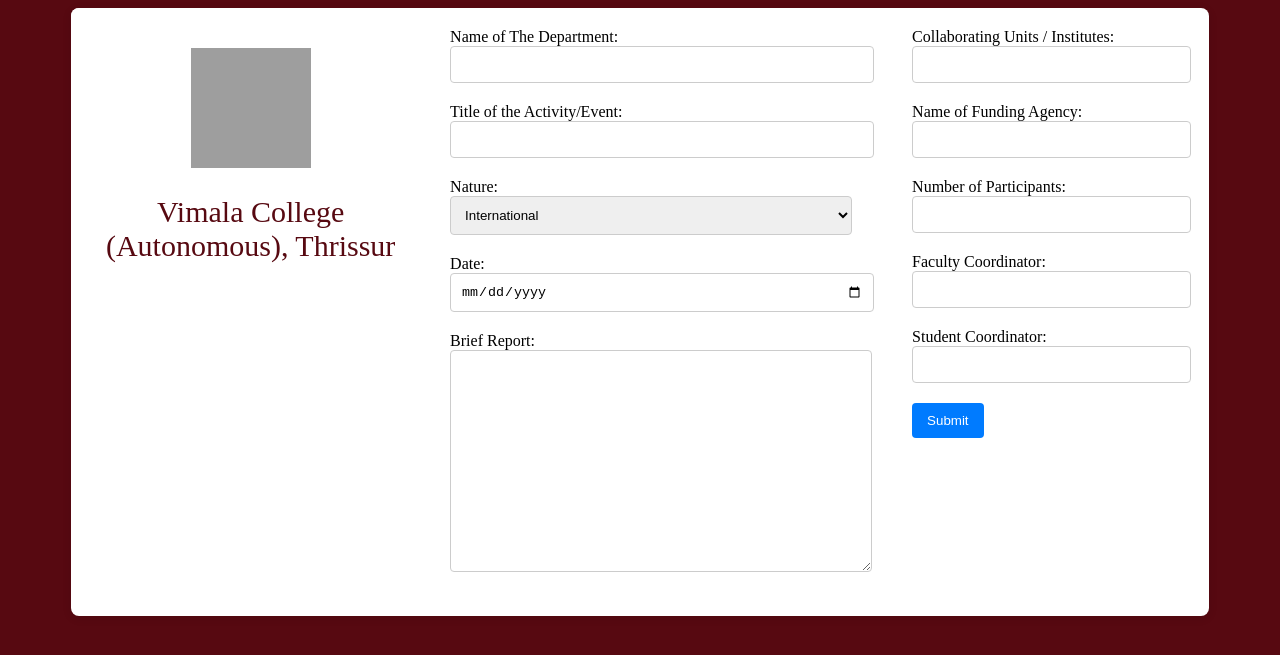
Repository: Rammjay/vimala-activity-report
Page: http://localhost/
The author's editor kept a copy of each file at every save. The page is drawn from the files as they stood at one save, then again after the next save.
The browser window is 1280 px wide. The pictures show the whole page.
Pictures or frames that could not be fetched are drawn as grey boxes. The page is served by the project's application, run on Django 5.2 (report/manage.py). Other server files are loaded and not shown.

Above is the page before, as saved 2024-09-22 15:18:19.

### vim/report/reports/templates/1.html
<!DOCTYPE html>
<html lang="en">
<head>
    <meta charset="UTF-8">
    <meta name="viewport" content="width=device-width, initial-scale=1.0">
    <title>Activity Report | Vimala College (Autonomous), Thrissur</title>
    <style>
        html {
            background-color: #570911;
        }
        h4 {
            text-align: left;
        }
        .container {
            max-width: 90%;
            background-color: rgb(255, 255, 255);
            display: flex;
            justify-content: center;
            margin: auto;
            border-radius: 8px;
            overflow: hidden;
            box-shadow: 0 2px 10px rgba(0, 0, 0, 0.1);
        }
        .forms {
            display: flex;
            width: 100%;
        }
        .side {
            flex: 1;
            padding: 20px;
            box-sizing: border-box;
        }
        .navbar ul {
            display: flex;
            list-style-type: none;
            background-color: rgb(255, 255, 255);
            padding: 0;
            margin: 0;
            width: 100%;
        }
        .logo {
            height: 120px;
            width: 120px;
            padding: 10px;
        }
        .navbar a {
            color: rgb(0, 0, 0);
            text-decoration: none;
            padding: 10px;
            display: block;
            text-align: center;
        }
        .navbar li {
            flex-grow: 1;
        }
        .head {
            font-size: 30px;
            color: #570911;
            text-align: center;
            padding: 20px;
        }
        input, select, textarea {
            width: calc(100% - 20px);
            margin-bottom: 20px;
            padding: 10px;
            border: 1px solid #ccc;
            border-radius: 4px;
        }
        button {
            padding: 10px 15px;
            background-color: #007bff;
            color: white;
            border: none;
            border-radius: 4px;
            cursor: pointer;
        }
        button:hover {
            background-color: #0056b3;
        }
    </style>
</head>
<body>
    {% load static %}
    <div class="container">
        <nav class="navbar">
            <ul>
                <li class="head"><a href="https://www.vimalacollege.edu.in/"><img src="https://www.vimalacollege.edu.in/images/prelder-logo2.png" class="logo"></a>Vimala College (Autonomous), Thrissur</li>
            </ul>
        </nav>
        <div class="forms">
            <div class="side">

                <form method="post" id="myForm1" action="{% url 'submit' %}" >
                    {% csrf_token %}
                    <label for="dept">Name of The Department:</label>
                    <input type="text" id="dept" name="dept" required>

                    <label for="toa">Title of the Activity/Event:</label>
                    <input type="text" id="toa" name="toa" maxlength="25" required>

                    <label for="nat">Nature:</label>
                    <select id="nat" name="nat" required>
                        <option value="int">International</option>
                        <option value="nati">National</option>
                        <option value="stat">State</option>
                        <option value="reg">Regional</option>
                        <option value="ins">Institutional</option>
                    </select>

                    <label for="date">Date:</label>
                    <input type="date" id="date" name="date" required>

                    <label for="br">Brief Report:</label>
                    <textarea id="br" name="br" style="width: 400px;height: 200px;" required></textarea>

            </div>
            <div class="side">


                    <label for="colu">Collaborating Units / Institutes:</label>
                    <input type="text" id="colu" name="colu" maxlength="25" required>

                    <label for="fund">Name of Funding Agency:</label>
                    <input type="text" id="fund" name="fund" maxlength="25" required>

                    <label for="nop">Number of Participants:</label>
                    <input type="text" id="nop" name="nop" maxlength="25" required>

                    <label for="fco">Faculty Coordinator:</label>
                    <input type="text" id="fco" name="fco" maxlength="25" required>

                    <label for="sco">Student Coordinator:</label>
                    <input type="text" id="sco" name="sco" maxlength="25" required>


                <button type="button" onclick="handleSubmit()">Submit</button>
                </form>

            </div>

        </div>


    </div>
    <script src="https://cdn.jsdelivr.net/npm/pdf-lib@latest/dist/pdf-lib.min.js"></script>
   <script>



          async function generatePDF() {
    try {
        console.log('Starting PDF generation...');

        // Fetch the PDF template
        const response = await fetch("{% static 'assets/doc.pdf' %}");
        console.log('Fetch response status:', response.status);

        if (!response.ok) {
            throw new Error(`Failed to fetch PDF template. Status: ${response.status}`);
        }

        const existingPdfBytes = await response.arrayBuffer();
        console.log('PDF template loaded successfully.');

        // Load the existing PDF into pdf-lib
        const pdfDoc = await PDFLib.PDFDocument.load(existingPdfBytes);
        console.log('PDF loaded into pdf-lib.');

        // Ensure at least one page exists
        if (pdfDoc.getPageCount() === 0) {
            throw new Error('PDF has no pages.');
        }

        const templatePage = pdfDoc.getPage(0);
        console.log('First page of the PDF accessed.');

        // Define font size and color
        const fontSize = 12;
        const lineHeight=14;
        const color = PDFLib.rgb(0, 0, 0);
        const font = await pdfDoc.embedFont(PDFLib.StandardFonts.Helvetica);
        const toa = document.getElementById('toa').value;
        const nat = document.getElementById('nat').value;
        const date=document.getElementById('date').value;
        const dept=document.getElementById('dept').value;
        const br=document.getElementById('br').value;


        // Add text data to the PDF template

        templatePage.drawText(`${toa || ''}`, { x: 100, y: 614, size: fontSize, color });
        templatePage.drawText(`${nat|| ''}`, { x: 120, y: 514, size: fontSize, color });

        templatePage.drawText(`${dept || ''}`, { x: 130, y: 414, size: fontSize, color });

        templatePage.drawText(`${date || ''}`, { x: 140, y: 714, size: fontSize, color });

        templatePage.drawText(`${br || ''}`, { x: 160, y: 800, size: fontSize, color });




        console.log('Data added to template PDF.');

        // Serialize the PDF to bytes
        const pdfBytes = await pdfDoc.save();
        console.log('PDF saved.');

        // Trigger file download
        const blob = new Blob([pdfBytes], { type: 'application/pdf' });
        const url = URL.createObjectURL(blob);
        const a = document.createElement('a');
        a.href = url;
        a.download = 'generated.pdf';
        a.click();
        URL.revokeObjectURL(url);
    } catch (error) {
        console.error('Error generating PDF:', error);
    }
}
          function handleSubmit() {
              generatePDF();
          }



      </script>
</body>
</html>

### vim/report/report/views.py
from django.shortcuts import render, redirect
from django.core.exceptions import ValidationError
from reports.models import Table
import uuid
from django.http import HttpResponseRedirect


def main(request):

    return render(request, '1.html')
def Submit(request):
    if request.method == "POST":
        print("Form Data Received:", request.POST)  # Log all POST data

        try:
            # Extract POST data

            toa = request.POST.get('toa')


            en = Table.objects.filter(toa=toa).first()

            if en:
                if toa:
                    en.toa = toa



                en.save()
            else:
                # If no entry exists, create a new one
                en = Table(

                    toa=toa,


                )
            en.save()
            return redirect('main')
        except Exception as e:
            print("Error saving data:", e)
        return HttpResponseRedirect("main")
    return redirect('main')

### vim/report/report/urls.py
"""
URL configuration for report project.

The `urlpatterns` list routes URLs to views. For more information please see:
    https://docs.djangoproject.com/en/5.1/topics/http/urls/
Examples:
Function views
    1. Add an import:  from my_app import views
    2. Add a URL to urlpatterns:  path('', views.home, name='home')
Class-based views
    1. Add an import:  from other_app.views import Home
    2. Add a URL to urlpatterns:  path('', Home.as_view(), name='home')
Including another URLconf
    1. Import the include() function: from django.urls import include, path
    2. Add a URL to urlpatterns:  path('blog/', include('blog.urls'))
"""
from django.contrib import admin
from django.urls import path
from . import views

urlpatterns = [
    path('admin/', admin.site.urls),
    path('',views.main, name="main"),
    path('submits/',views.Submit, name="submit"),

]

After the next save:
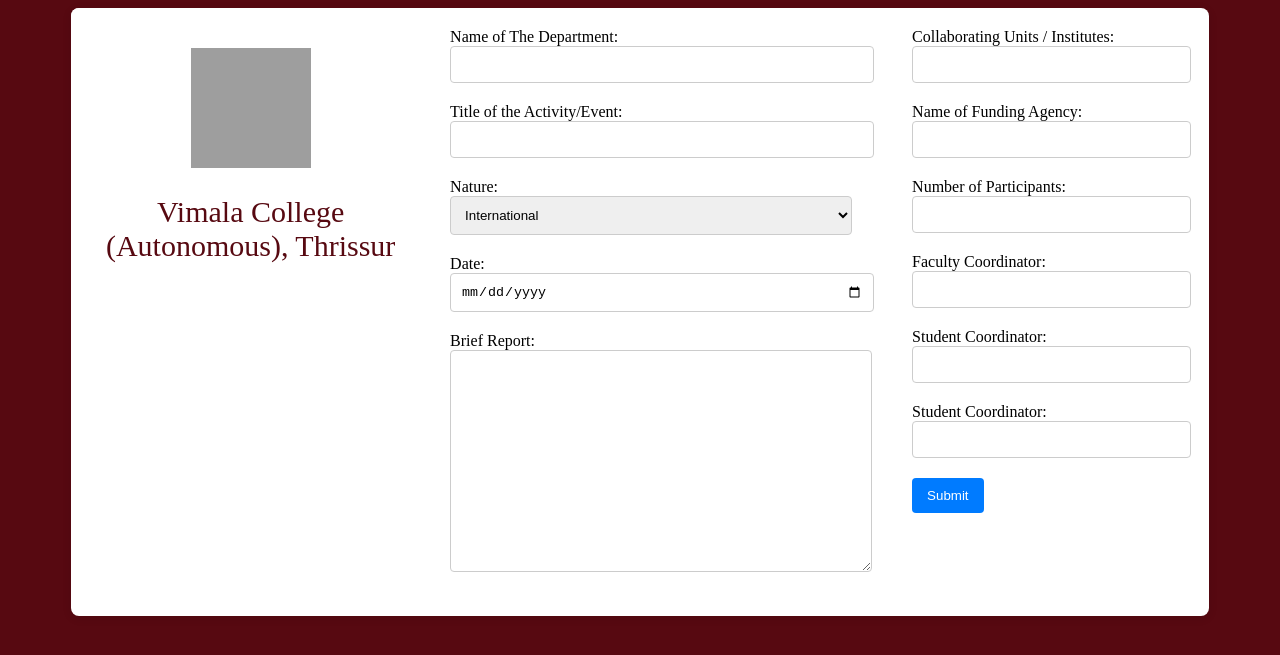
Saved 4 min 29 s later.
--- a/vim/report/reports/templates/1.html
+++ b/vim/report/reports/templates/1.html
@@ -132,6 +132,8 @@
                     <label for="sco">Student Coordinator:</label>
                     <input type="text" id="sco" name="sco" maxlength="25" required>
 
+                    <label for="sco">Student Coordinator:</label>
+                    <input type="text" id="sco" name="sco" maxlength="25" required>
 
                 <button type="button" onclick="handleSubmit()">Submit</button>
                 </form>
